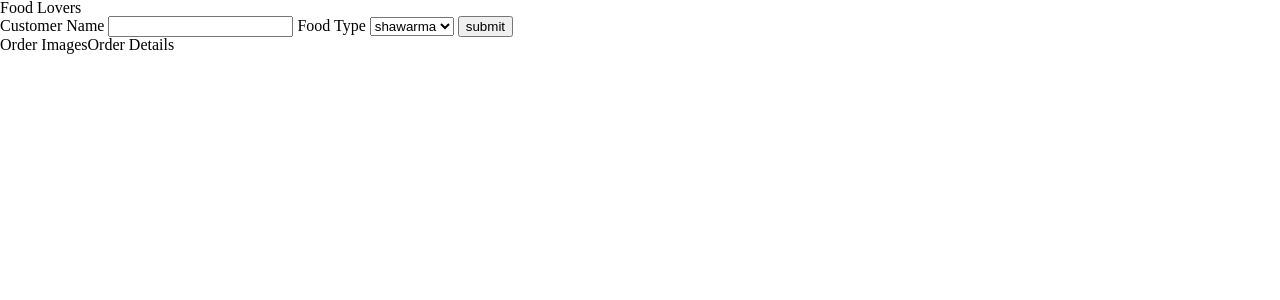
Repository: Razan-am/foodLovers
Page: index.html
The author's editor kept a copy of each file at every save. The page is drawn from the files as they stood at one save, then again after the next save.
The browser window is 1280 px wide. The pictures show the whole page.

Above is the page before, as saved 2021-06-01 10:21:06.

### index.html
<!DOCTYPE html>
<html lang="en">
<head>
    <meta charset="UTF-8">
    <meta http-equiv="X-UA-Compatible" content="IE=edge">
    <meta name="viewport" content="width=device-width, initial-scale=1.0">
    <title>Food Lovers</title>
    <link rel="stylesheet" href="css/reset.css">
    <link rel="stylesheet" href="css/style.css">
</head>
<body>
    <header>
        <h1>Food Lovers</h1>
    </header>
    <main>
        <form action="" id="myForm">
            <fieldset>
                <label for="name">Customer Name</label>
                <input type="text" id="name" name="name">
                <label for="food">Food Type</label>
                <select name="food" id="food">
                    <option value="shawarma">shawarma</option>
                    <option value="pizza">pizza</option>
                    <option value="burger">burger</option>
                </select>
                <input type="submit" value="submit">
            </fieldset>
        </form>
        <table id="myTable">
            <tr>
                <th>Order Images</th>
                <th>Order Details</th>
            </tr>

        </table>
    </main>
    <footer></footer>
    <script src="js/app.js"></script>
</body>
</html>

Loaded but not shown: css/reset.css (common file); css/style.css (no copy from this time; the picture is the same without it); js/app.js (no copy from this time; the picture is the same without it)

After the next save:
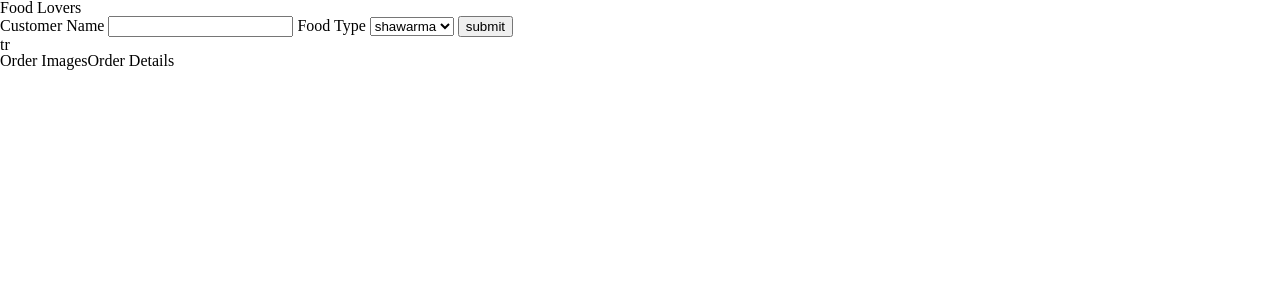
Saved 5 s later.
--- a/index.html
+++ b/index.html
@@ -31,7 +31,7 @@
                 <th>Order Images</th>
                 <th>Order Details</th>
             </tr>
-
+            tr
         </table>
     </main>
     <footer></footer>

After the save that followed:
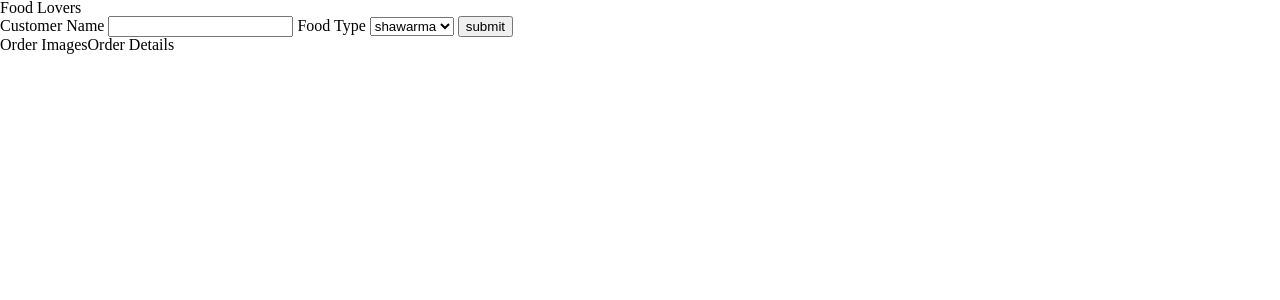
Saved 4 s later.
--- a/index.html
+++ b/index.html
@@ -31,7 +31,9 @@
                 <th>Order Images</th>
                 <th>Order Details</th>
             </tr>
-            tr
+            <tr>
+                <td></td>
+            </tr>
         </table>
     </main>
     <footer></footer>
